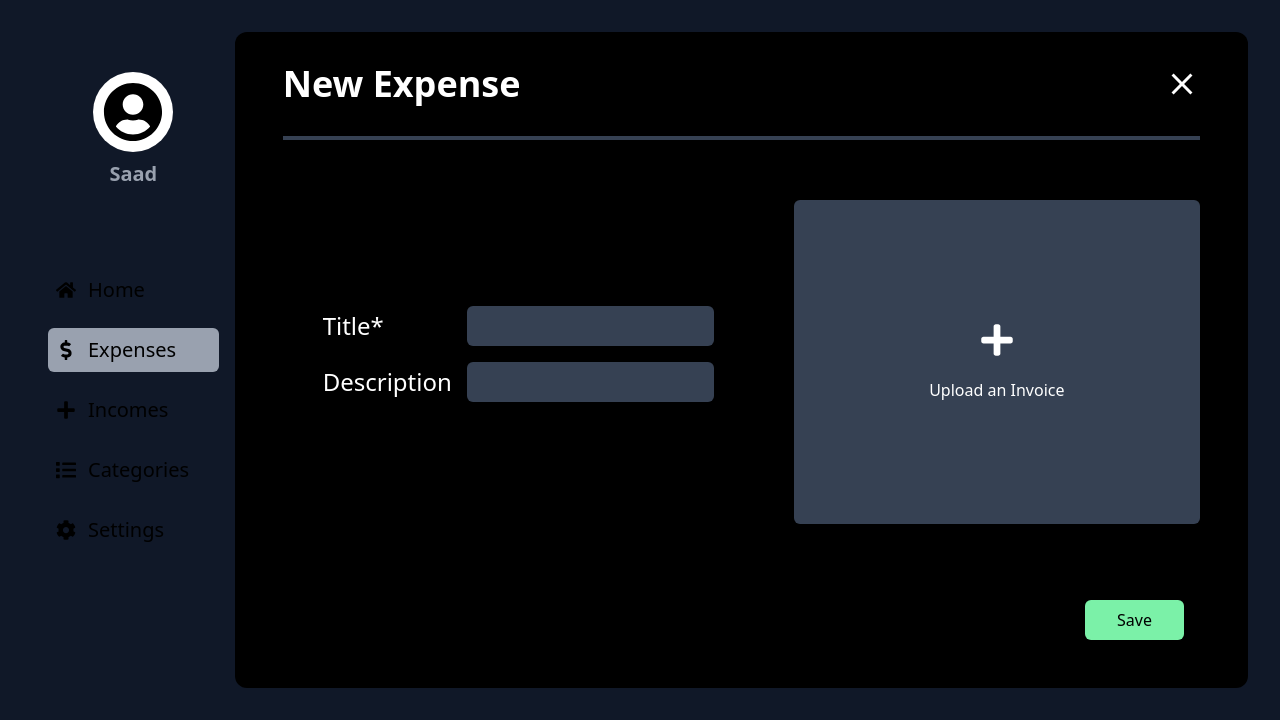
Repository: saad-naveed-brainx/Expense
Page: /expenses
These files come from the project's save history. The page is drawn as it stood at one moment and after a run of saves; the edit follows.
The browser window is 1280 px wide. The pictures show the whole page.
The project was rebuilt for these pictures with package versions that can differ from the ones it lists, and the page was loaded fresh each time. Also part of the build but not shown: vite.config.js, src/components/LandingPage.jsx, src/components/NotUsed.jsx.

Above is the page before, as saved 2025-09-04 17:15:32.

After the next 4 saves:
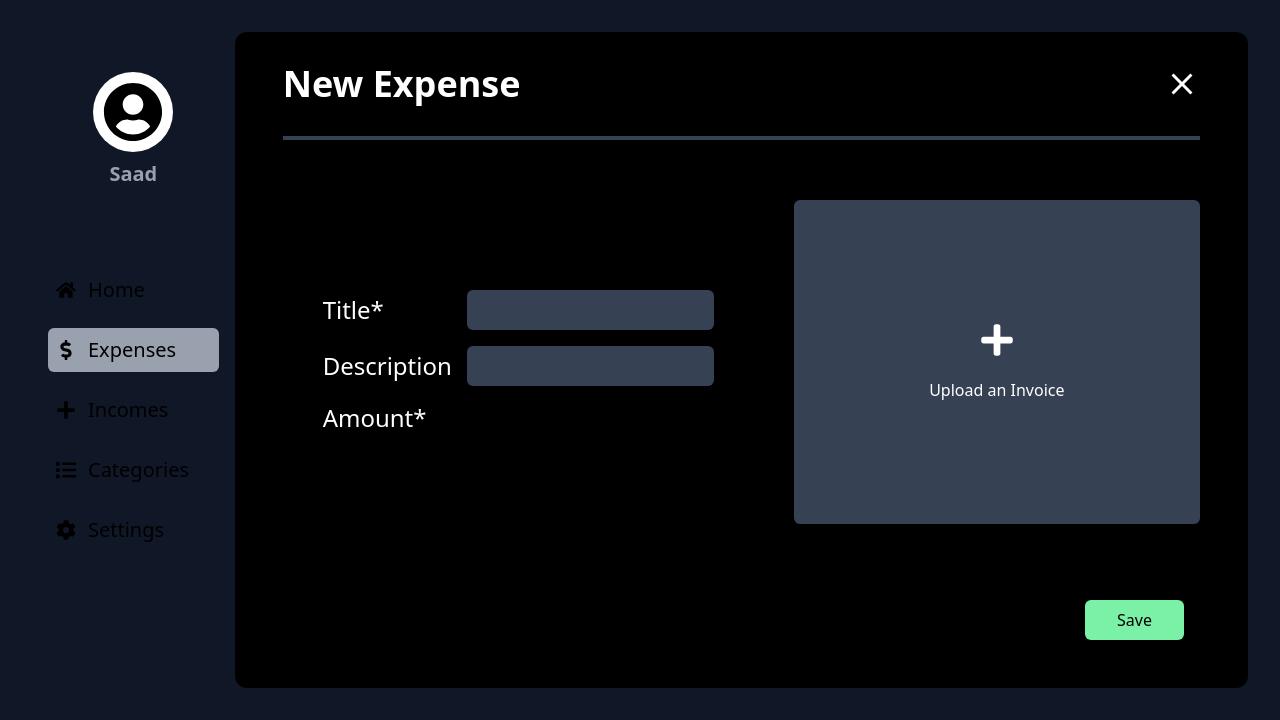
The 4 saves are shown as one change because they came seconds apart.
The last was saved 17 s later.
--- a/src/components/Expenses.jsx
+++ b/src/components/Expenses.jsx
@@ -38,7 +38,8 @@ export default function Expenses() {
               <h1 className='text-2xl w-32 shrink-0'>Description</h1>
               <input type="text" className='bg-gray-700 rounded-md p-2 flex-1 min-w-0' {...register("description")} />
             </div>
-            <div>
+            <div className='flex gap-4 items-center'>
+              <h1 className='text-2xl w-32 shrink-0'>Amount*</h1>
 
             </div>
           </form>
